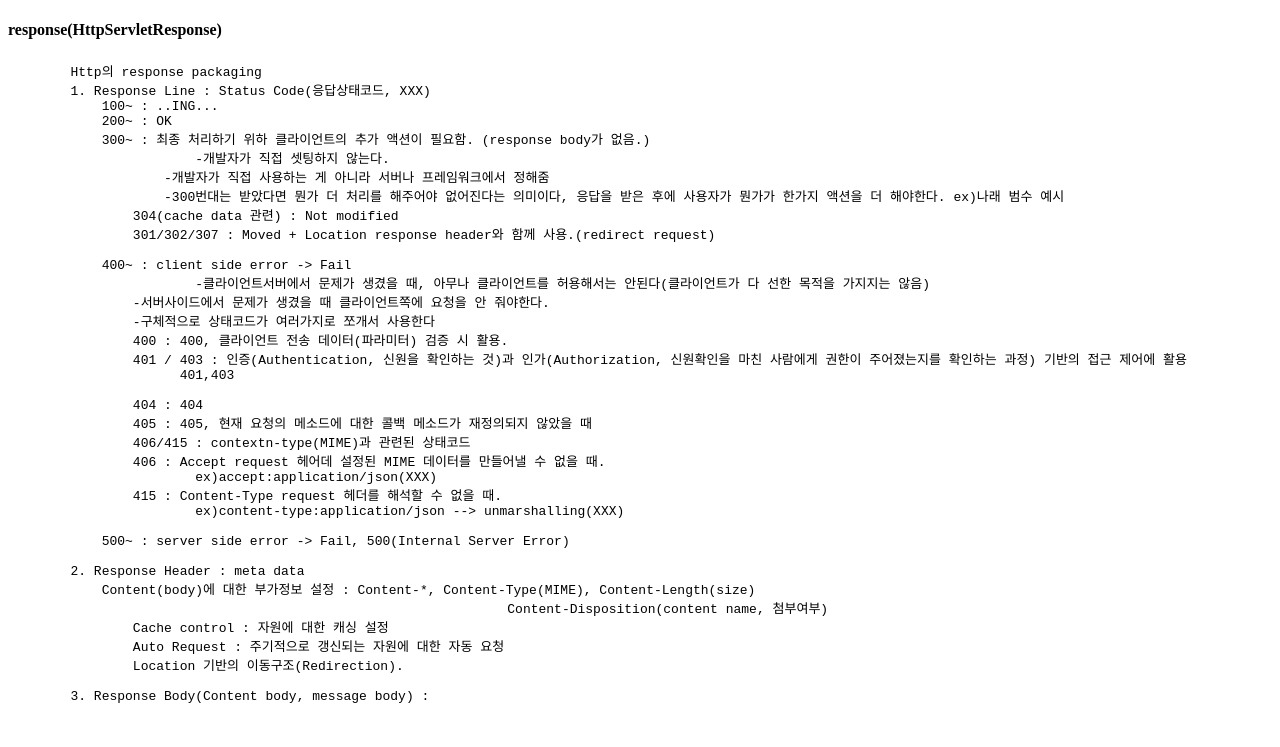
Repository: YOUNARAE/JSP
Page: http://localhost/WebStudy01/05/responseDesc.jsp
These files come from the project's save history. The page is drawn as it stood at one moment and after a run of saves; the edit follows.
The browser window is 1280 px wide. The pictures show the whole page.
The page is served by Tomcat 9. Other server files are loaded and not shown.

Above is the page before, as saved 2022-12-13 06:54:22.

### WebStudy01/src/main/webapp/05/responseDesc.jsp
<%@page import="javax.print.attribute.HashPrintServiceAttributeSet"%>
<%@ page language="java" contentType="text/html; charset=UTF-8"
    pageEncoding="UTF-8"%>
<!DOCTYPE html>
<html>
<head>
<meta charset="UTF-8">
<title>05/responseDesc.jsp</title>
</head>
<body>
<h4>response(HttpServletResponse)</h4>
<pre>
	Http의 response packaging
	1. Response Line : Status Code(응답상태코드, XXX)
	    100~ : ..ING...
	    200~ : OK
	    300~ : 최종 처리하기 위하 클라이언트의 추가 액션이 필요함. (response body가 없음.)
	    		-개발자가 직접 셋팅하지 않는다.
	            -개발자가 직접 사용하는 게 아니라 서버나 프레임워크에서 정해줌
	            -300번대는 받았다면 뭔가 더 처리를 해주어야 없어진다는 의미이다, 응답을 받은 후에 사용자가 뭔가가 한가지 액션을 더 해야한다. ex)나래 범수 예시
	        304(cache data 관련) : Not modified
	        301/302/307 : Moved + Location response header와 함께 사용.(redirect request)
	        <%--
//	        	request.getRequestDispatcher("/04/messageView.jsp").forward(request, response); // 서버 내에서 이동
//				절대경로, 서버사이드,
 				String location = request.getContextPath()+"/04/messageView.jsp";
 	        	response.sendRedirect(location); //서버 밖에서 이동해야하기때문에 클라이언트로부터 새로운 요청이 발생.
	        --%>
	    400~ : client side error -> Fail
			-클라이언트서버에서 문제가 생겼을 때, 아무나 클라이언트를 허용해서는 안된다(클라이언트가 다 선한 목적을 가지지는 않음)
	    	-서버사이드에서 문제가 생겼을 때 클라이언트쪽에 요청을 안 줘야한다.
	    	-구체적으로 상태코드가 여러가지로 쪼개서 사용한다
	    	400 : <%=HttpServletResponse.SC_BAD_REQUEST %>, 클라이언트 전송 데이터(파라미터) 검증 시 활용.
	    	401 / 403 : 인증(Authentication, 신원을 확인하는 것)과 인가(Authorization, 신원확인을 마친 사람에게 권한이 주어졌는지를 확인하는 과정) 기반의 접근 제어에 활용
	    	      <%=HttpServletResponse.SC_UNAUTHORIZED %>,<%=HttpServletResponse.SC_FORBIDDEN %>

	    	404 : <%=HttpServletResponse.SC_NOT_FOUND %>
	    	405 : <%=HttpServletResponse.SC_METHOD_NOT_ALLOWED %>, 현재 요청의 메소드에 대한 콜백 메소드가 재정의되지 않았을 때
	    	406/415 : contextn-type(MIME)과 관련된 상태코드
	    	<%=HttpServletResponse.SC_NOT_ACCEPTABLE %> : Accept request 헤어데 설정된 MIME 데이터를 만들어낼 수 없을 때.
	    		ex)accept:application/json(XXX)
	    	<%=HttpServletResponse.SC_UNSUPPORTED_MEDIA_TYPE %> : Content-Type request 헤더를 해석할 수 없을 때.
	    		ex)content-type:application/json --> unmarshalling(XXX)

	    500~ : server side error -> Fail, 500(Internal Server Error)

	2. Response Header : meta data
	    Content(body)에 대한 부가정보 설정 : Content-*, Content-Type(MIME), Content-Length(size)
	     							Content-Disposition(content name, 첨부여부)
		Cache control : 자원에 대한 캐싱 설정
		Auto Request : 주기적으로 갱신되는 자원에 대한 자동 요청
	 	Location 기반의 이동구조(Redirection).

	3. Response Body(Content body, message body) :
<%--  response.getWriter(), response.getOutputStream() , <%= %>, out --%>

</pre>
</body>
</html>

After the next 2 saves:
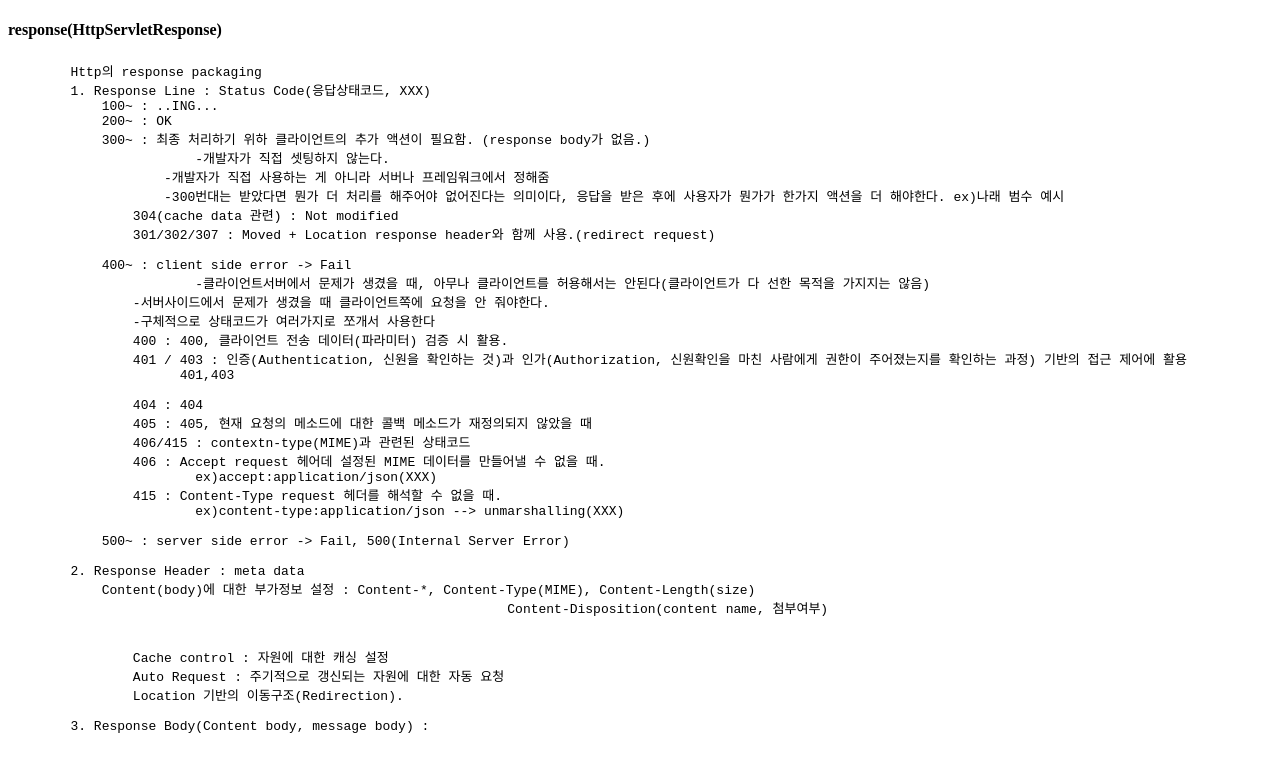
The 2 saves are shown as one change because 1 did not build or start.
The last was saved 2 min 6 s later.
--- a/WebStudy01/src/main/webapp/05/responseDesc.jsp
+++ b/WebStudy01/src/main/webapp/05/responseDesc.jsp
@@ -47,6 +47,10 @@
 	2. Response Header : meta data
 	    Content(body)에 대한 부가정보 설정 : Content-*, Content-Type(MIME), Content-Length(size)
 	     							Content-Disposition(content name, 첨부여부)
+	     <%
+	     	response.setHeader("Content-Dispostion", "inline[attatchment];filename=\"파일명\"");
+	     %>
+
 		Cache control : 자원에 대한 캐싱 설정
 		Auto Request : 주기적으로 갱신되는 자원에 대한 자동 요청
 	 	Location 기반의 이동구조(Redirection).
